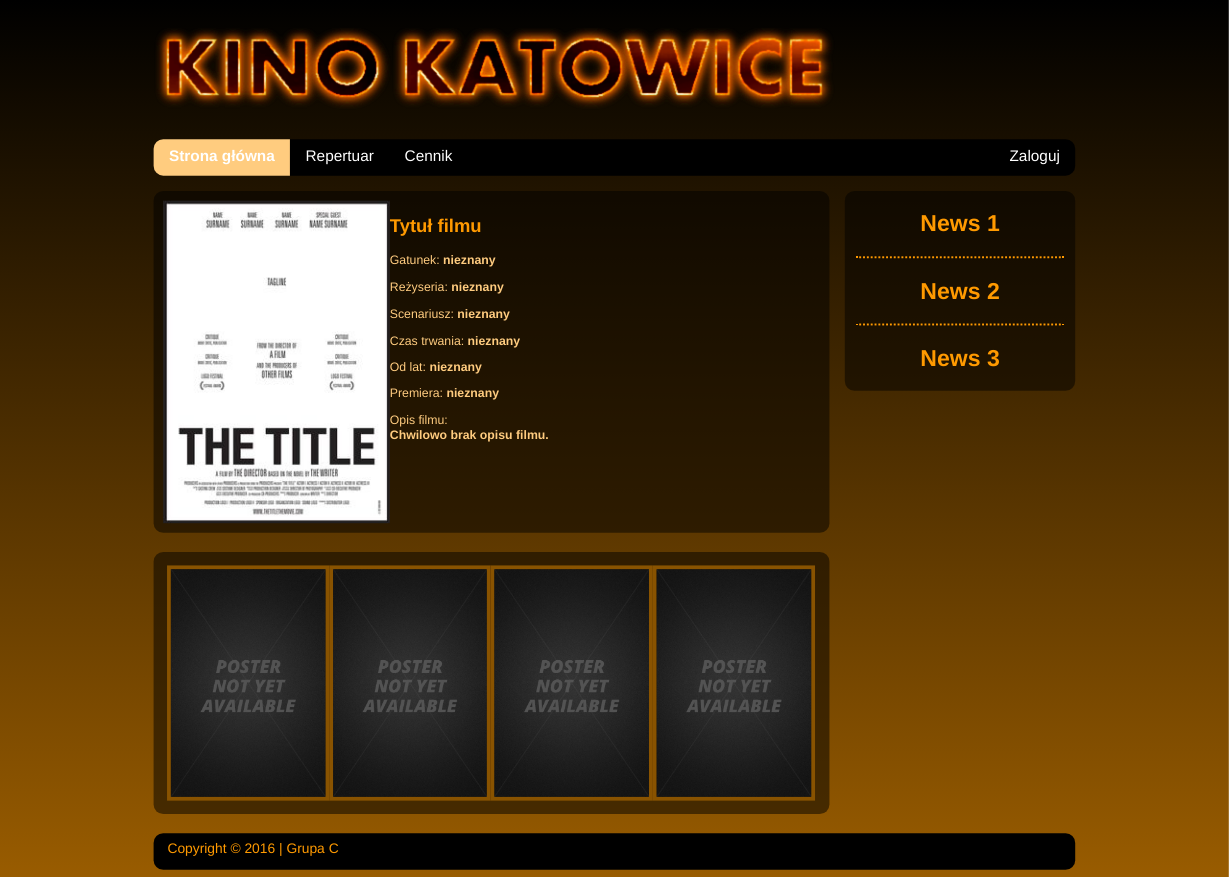
Repository: Gate4/Grupa-C
Page: http://localhost/KinoWebApp/WEB-INF/jsp/welcome.jsp
An editor plug-in stored every save of this project. The page is shown before and after the next save, followed by the edit.
The browser window is 1280 px wide. The pictures show the whole page, at 96% of full size.
Some web libraries are served in a nearby version. The page is served by Tomcat 9. Nobody is signed in. Other server files are loaded and not shown. The template is opened directly, without the code that normally fills it, so the values that code supplies are empty.

Above is the page before, as saved 2016-04-21 22:02:13.

### KinoWebApp/WebContent/WEB-INF/jsp/welcome.jsp
<%@page pageEncoding="UTF-8" contentType="text/html; charset=UTF-8"%>
<%@ taglib prefix="spring" uri="http://www.springframework.org/tags"%>
<!DOCTYPE html>
<html>
<head>


<spring:url value="/resources/style.css" var="styleCSS" />
<link href="${styleCSS}" rel="stylesheet" />
<script
	src="https://ajax.googleapis.com/ajax/libs/jquery/2.1.3/jquery.min.js"></script>
<link href="${styleCSS}" rel="stylesheet" />
<title>Kino</title>
</head>

<body>
	<div id="page">
		<header>
			<h1 id="logo">
				<img src="img/logo.png" alt="Kino Katowice">
			</h1>

			<nav class="clear">
				<ul>
					<li><a class="active" href='#'>Strona główna</a></li>
					<li><a href='#'>Repertuar</a></li>
					<li><a href='#'>Cennik</a></li>
					<li><a href='#'>Zaloguj</a></li>
				</ul>
			</nav>
		</header>


		<div id="content" role="main">
			<section class="primary">
				<section class="tile">
					<img src="resources/img/poster1.jpg" alt="Tytuł filmu 1">
					<h2>Tytuł filmu</h2>
					<p>Gatunek: <span>nieznany</span></p>
					<p>Reżyseria: <span>nieznany</span></p>
					<p>Scenariusz: <span>nieznany</span></p>
					<p>Czas trwania: <span>nieznany</span></p>
					<p>Od lat: <span>nieznany</span></p>
					<p>Premiera: <span>nieznany</span></p>
					<p>Opis filmu:<br> <span>Chwilowo brak opisu filmu.</span></p>
				</section>

				<section class="tile">
					<section class="poster">
						<a href='#'><img src="resources/img/poster4.jpg"
							alt="Tytuł filmu 1"></a>
					</section>
					<section class="poster">
						<a href='#'><img src="resources/img/poster4.jpg"
							alt="Tytuł filmu 2"></a>
					</section>
					<section class="poster">
						<a href='#'><img src="resources/img/poster4.jpg"
							alt="Tytuł filmu 3"></a>
					</section>
					<section class="poster">
						<a href='#'><img src="resources/img/poster4.jpg"
							alt="Tytuł filmu 4"></a>
					</section>
				</section>

			</section>

			<aside class="secondary">
				<section>
					<h2>News 1</h2>
					<p>${message}</p>
				</section>
				<hr>
				<section>
					<h2>News 2</h2>
					<p>${message}</p>
				</section>
				<hr>
				<section>
					<h2>News 3</h2>
					<p>${message}</p>
				</section>
			</aside>
		</div>

		<footer class="clear">
			<section class="footer">
				<p>Copyright © 2016 | Grupa C</p>
			</section>
		</footer>
	</div>

</body>

</html>

### KinoWebApp/WebContent/resources/style.css
body{
	background: #000000;
	background: linear-gradient(#000000, #995c00);
	color: #FF9A00;
	font-family: Helvetica, Verdana, sans;
}

#page{
	width: 960px;
	margin: 0 auto;
}

#logo, .primary, .poster, .tile{
	float: left;
}

#contact, .secondary{
	float: right;
}

.clear{
	clear: both;
}

.primary{
	width: 75%;
}

.secondary{
	border-radius: 10px;
	background-color: #000000;
	background-color: rgba(0,0,0,0.5);
	width: 25%;
}

.secondary p,.tile p{
	margin-left: 1em;
	text-align: left;
	color: #FFCC7F;
}

.secondary h2{
	text-align: center;
}

.secondary hr{
	border: none;
	border-top: 2px dotted #FF9A00;
	width: 90%;
}

nav ul{
	border-radius: 10px;
	background-color: #000000;
	min-height: 2.4em;
	list-style: none;
	padding: 0;
}

nav ul li{
	display: inline;
	padding: 5px 1em;
}

nav ul li a{
	display: block;
	float: left;
	height: 1.2em;
	padding: 0.6em 1em;
	margin: 0;
	color: #fff;
	text-decoration: none;
}

nav ul li a:hover, a.active{
	background: #FFCC7F;
	font-weight: bold;
}

nav ul li:last-child{
	float: right;
	padding: 0;
}

nav ul li:first-child a:hover, nav ul li:first-child a.active{
	border-radius: 10px 0 0 10px;
}

nav ul li:last-child a:hover, nav ul li:last-child a.active{
	border-radius: 0 10px 10px 0;
}


.hidden{
	display: none;
}

.poster{
	width: 23.5%;
	padding: 4px 4px 4px 4px;
}

.poster img{
	border-style: solid;
    border-width: 4px;
    border-color: #895300;
	width: 100%;
}

.poster img:hover{
	border-style: solid;
    border-width: 4px;
    border-color: #ffb13b;
	width: 100%;
}


.tile{
    border-radius: 10px;
	background-color: #000000;
	background-color: rgba(0,0,0,0.5);
    width: 95%;

    color: #FF9A00;

    font-size: 0.8em;

    text-align: left;

    margin: 0px 20px 20px 0px;

    padding: 10px 10px 10px 10px;

    border-radius: 10px;
}

.tile img{
	float: left;
}

.tile p span{
    font-weight: bold;
}


.footer{
	border-radius: 10px;
	background-color: #000000;
	min-height: 2.4em;
	padding: 0 0px 0 0;
}

.footer p{
	font-size: 0.9em;
	padding: 0.6em 1em;
}

After the next save:
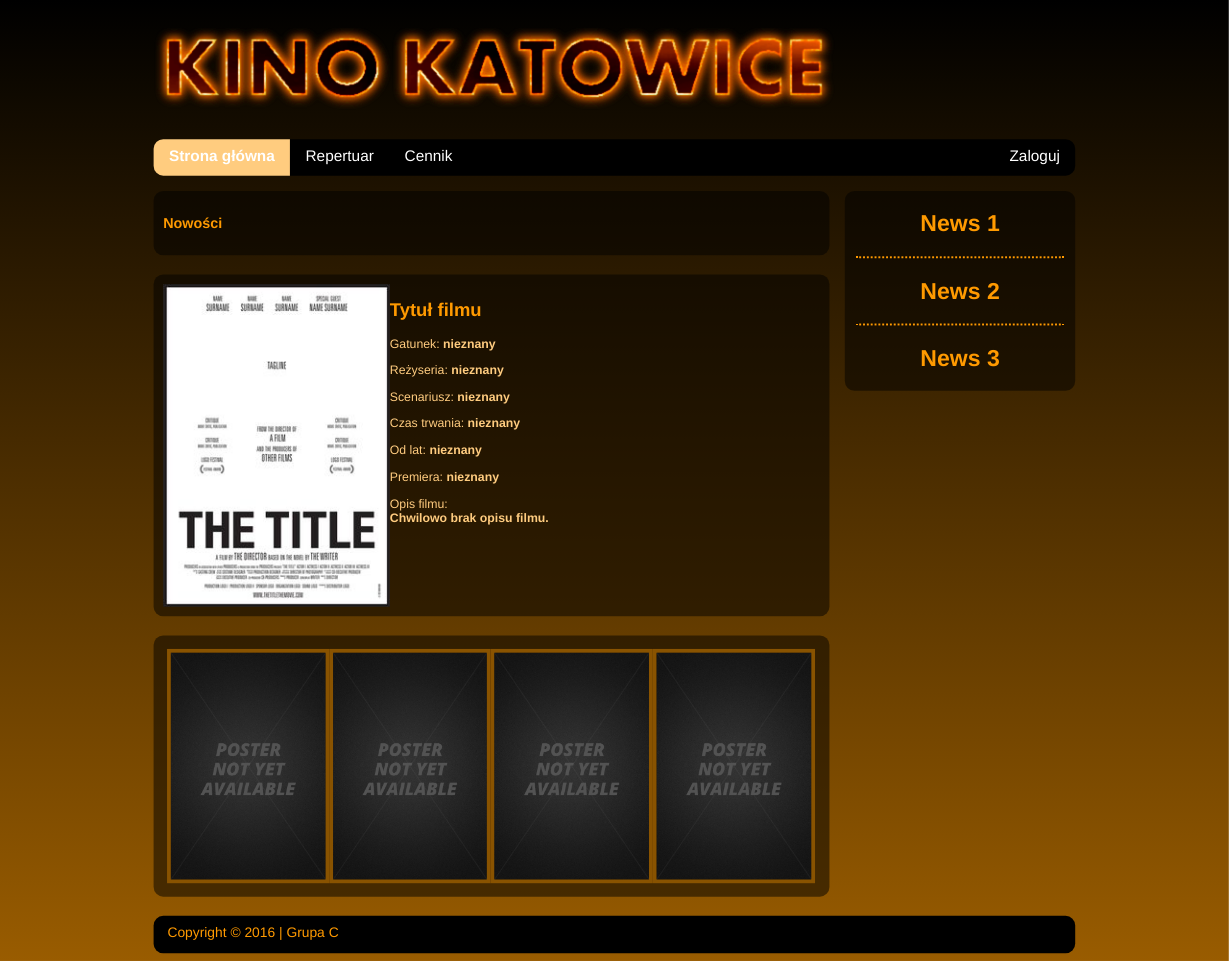
Saved 2 min 33 s later.
--- a/KinoWebApp/WebContent/WEB-INF/jsp/welcome.jsp
+++ b/KinoWebApp/WebContent/WEB-INF/jsp/welcome.jsp
@@ -33,6 +33,9 @@
 
 		<div id="content" role="main">
 			<section class="primary">
+			<section class="tile">
+			<h1>Nowości</h1>
+			</section>
 				<section class="tile">
 					<img src="resources/img/poster1.jpg" alt="Tytuł filmu 1">
 					<h2>Tytuł filmu</h2>
